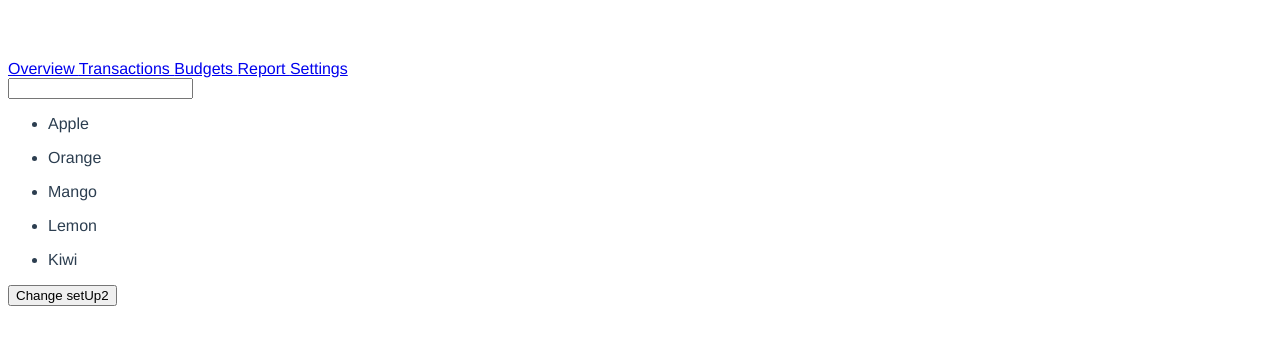
Repository: bxTruong/project7-jsonserver-router
Page: /
The author's editor kept a copy of each file at every save. The page is drawn from the files as they stood at one save, then again after the next save.
The browser window is 1280 px wide. The pictures show the whole page.
The project was rebuilt for these pictures with package versions that can differ from the ones it lists, and the page was loaded fresh each time. Also part of the build but not shown: vue.config.js, src/pages/transactions.vue, src/pages/transaction-detail.vue, src/pages/not-found.vue.

Above is the page before, as saved 2023-01-05 08:16:02.

After the next save:
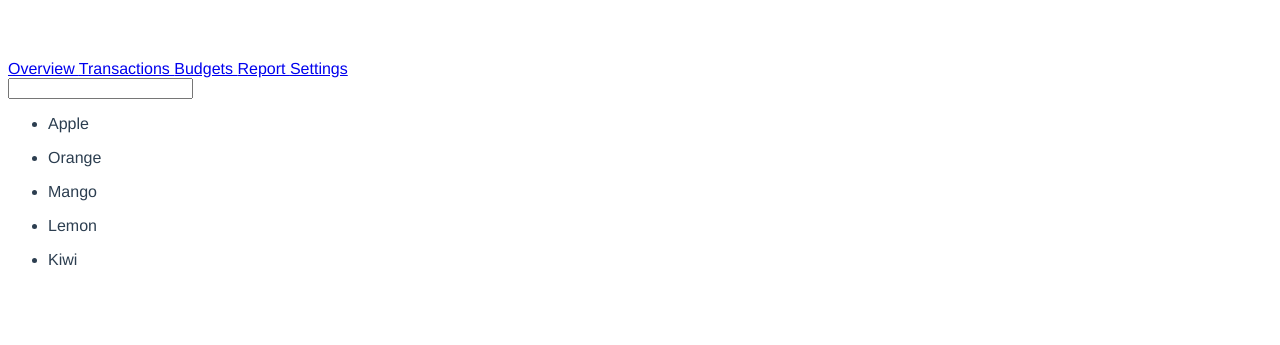
Saved 7 s later.
--- a/src/pages/home.vue
+++ b/src/pages/home.vue
@@ -9,8 +9,8 @@
     <p>{{ item }}</p>
     </li>
 </ul>
-<p> {{setUp2}} </p>
-<button @click="changeSetUp2" >Change setUp2</button>
+<!-- <p> {{setUp2}} </p>
+<button @click="changeSetUp2" >Change setUp2</button> -->
 </template>
 
 <script>
